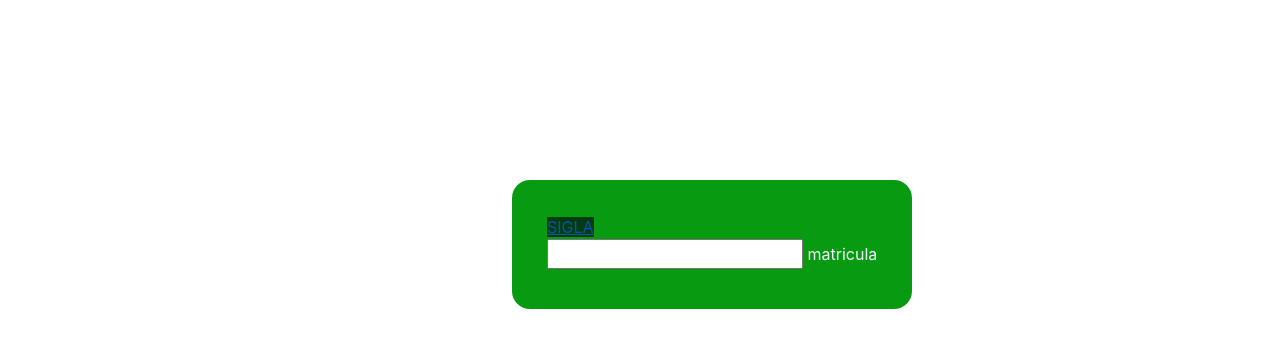
Repository: Melancia06/agenda
Page: index.html
These files come from the project's save history. The page is drawn as it stood at one moment and after a run of saves; the edit follows.
The browser window is 1280 px wide. The pictures show the whole page.
The pointer rests on the first visible `.marca-marca`.

Above is the page before, as saved 2024-08-08 09:26:57.

### index.html
<!DOCTYPE html>
<html lang="en">
<head>
    <meta charset="UTF-8">
    <meta name="viewport" content="width=device-width, initial-scale=1.0">
    <link rel="stylesheet" href="css/bootstrap.css">
    <link rel="stylesheet" href="css/fontawasome.css">
    <link rel="stylesheet" href="css/css.css">
    <title>começando a fazer esboço do sigla</title>
</head>
<body>
    <div class="marca" ><a class="marca-marca" href="#"> SIGLA</a>
        <br>
        <input type="text" name="matricula" id="matricula" class="input" required>
        <label for="matricula">matricula</label>
    </div>
</body>
</html>

### css/css.css
.marca{
    position: absolute;
   background-color:rgb(8, 155, 18);
   left: 40%;
   top: 25%;
    padding: 35px;
    border-radius: 18px;
    color: aliceblue;
}
.marca-marca:hover{
    background-color:rgb(0, 59, 15);
}

Loaded but not shown: css/bootstrap.css (library); css/fontawasome.css (4616 lines, source omitted)

After the next 3 saves:
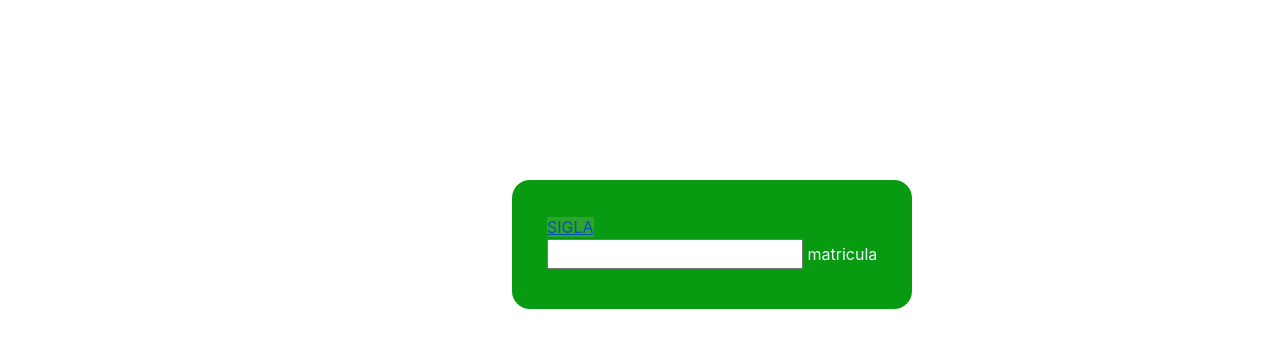
The 3 saves are shown as one change because they came seconds apart.
The last was saved 10 s later.
--- a/css/css.css
+++ b/css/css.css
@@ -8,5 +8,5 @@
     color: aliceblue;
 }
 .marca-marca:hover{
-    background-color:rgb(0, 59, 15);
+    background-color:rgb(46, 163, 46);
 }
